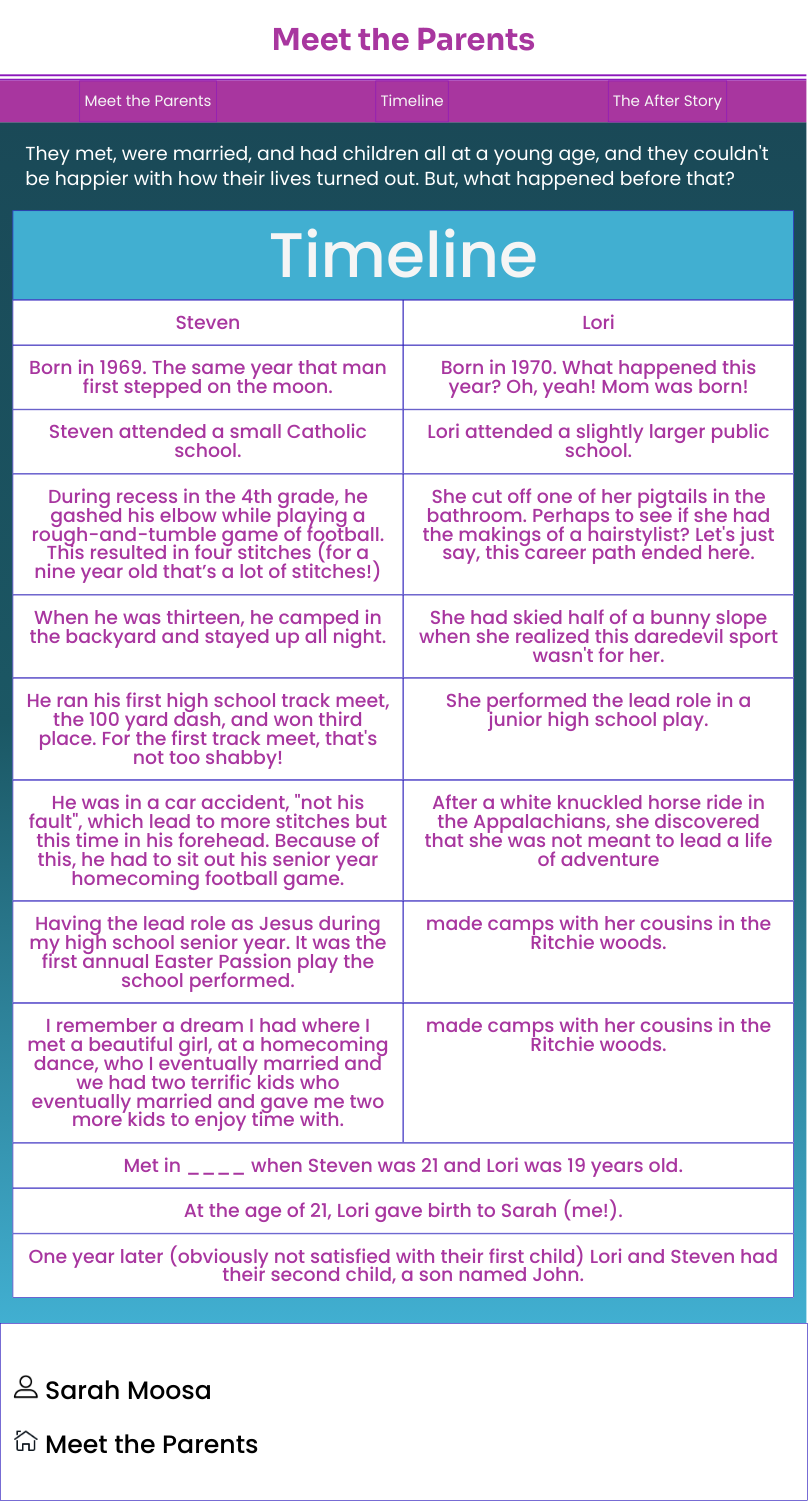
Repository: Sbethm/parents-tribute
Page: timeline.html
These files come from the project's save history. The page is drawn as it stood at one moment and after the next save; the edit follows.
The browser window is 1280 px wide. The page is 1282 px wide, so the pictures cover 1282 px, including what lies to the right of the window. The pictures show the whole page, at 63% of full size.

Above is the page before, as saved 2021-02-11 17:27:49.

### timeline.html
<!DOCTYPE html>
<html>
    <head>
      <meta charset="UTF-8">
      <title>Meet the Parents</title>
      <meta name="description" content="A choose your own story adventure game">
      <meta name="viewport" content="width=device-width, initial-scale=1.0">
      <link rel="preconnect" href="https://fonts.gstatic.com">
      <link href="https://fonts.googleapis.com/css2?family=Poppins:ital,wght@0,400;0,500;0,600;0,700;0,800;0,900;1,400;1,500;1,600;1,700;1,800;1,900&family=Sora:wght@400;500;600;700;800&display=swap" rel="stylesheet"> <!--
        This is used for headings:
        font-family: 'Sora', sans-serif;
        This is used for content:
        font-family: 'Poppins', sans-serif;-->
      <link href="style.css" type="text/css" rel="stylesheet">
    </head>

    <body>

      <header>
        <h1>Meet the Parents</h1>
        <nav class="navigation">
          <a href="index.html">Meet the Parents</a>
          <a href="timeline.html">Timeline</a>
          <a href="aftermarriage.html">The After Story</a>
          </nav>
      </header>
      <main>
        <section>
            <p>They met, were married, and had children all at a young age, and they couldn't be happier with how their lives turned out. But, what happened before that?</p>
        </section>
        <div class="grid">
            <div class="grid-box tl">Timeline</div>
            <div class="grid-box dad">Steven</div>
            <div class="grid-box mom">Lori</div>
            <!---------Dad's Grid Boxes---------->
            <div class="grid-box f-1">Born in 1969. The same year that man  first stepped on the moon.</div>
            <div class="grid-box f-2">Steven attended a small Catholic school.</div>
            <div class="grid-box f-3">During recess in the 4th grade, he gashed his elbow while playing a rough-and-tumble game of football. This resulted in four stitches (for a nine year old that’s a lot of stitches!)</div>
            <div class="grid-box f-4">When he was thirteen, he camped in the backyard and stayed up all night.</div>
            <div class="grid-box f-5">He ran his first high school track meet, the 100 yard dash, and won third place. For the first track meet, that's not too shabby!</div>
            <div class="grid-box f-6">He was in a car accident, "not his fault", which lead to more stitches but this time in his forehead. Because of this, he had to sit out his senior year homecoming football game.</div>
            <div class="grid-box f-7">Having the lead role as Jesus during my high school senior year. It was the first annual Easter Passion play the school performed.</div>
            <div class="grid-box f-8">I remember a dream I had where I met a beautiful girl, at a homecoming dance, who I eventually married and we had two terrific kids who eventually married and gave me two more kids to enjoy time with.</div>
            <!---------Mom's Grid Boxes---------->
            <div class="grid-box m-1">Born in 1970. What happened this year? Oh, yeah! Mom was born!</div>
            <div class="grid-box m-2">Lori attended a slightly larger public school.</div>
            <div class="grid-box m-3">She cut off one of her pigtails in the bathroom. Perhaps to see if she had the makings of a hairstylist? Let's just say, this career path ended here.</div>
            <div class="grid-box m-4">She had skied half of a bunny slope when she realized this daredevil sport wasn't for her.</div>
            <div class="grid-box m-5">She performed the lead role in a junior high school play.</div>
            <div class="grid-box m-6">After a white knuckled horse ride in the Appalachians, she discovered that she was not meant to lead a life of adventure</div>
            <div class="grid-box m-7">made camps with her cousins in the Ritchie woods.</div>
            <div class="grid-box m-8">made camps with her cousins in the Ritchie woods.</div>
            <!--------After They Met Boxes------->
            <div class="grid-box fm-1">Met in ____ when Steven was 21 and Lori was 19 years old.</div>
            <div class="grid-box fm-2">At the age of 21, Lori gave birth to Sarah (me!).</div>
            <div class="grid-box fm-3">One year later (obviously not satisfied with their first child) Lori and Steven had their second child, a son named John.</div>
        </div>
      </main>
      <footer>
        <img class="icon" src="img/profile_icon.png" alt="profile icon">
        Sarah Moosa
        <br><br>
        <img class="icon" src="img/home_icon.png" alt="home icon">
        Meet the Parents
      </footer>
    </body>

</html>

### style.css
/*
html5doctor.com Reset Stylesheet
v1.6.1
Last Updated: 2010-09-17
Author: Richard Clark - http://richclarkdesign.com
Twitter: @rich_clark
*/

html, body, div, span, object, iframe,
h1, h2, h3, h4, h5, h6, p, blockquote, pre,
abbr, address, cite, code,
del, dfn, em, img, ins, kbd, q, samp,
small, strong, sub, sup, var,
b, i,
dl, dt, dd, ol, ul, li,
fieldset, form, label, legend,
table, caption, tbody, tfoot, thead, tr, th, td,
article, aside, canvas, details, figcaption, figure,
footer, header, hgroup, menu, nav, section, summary,
time, mark, audio, video {
    margin:0;
    padding:0;
    border:0;
    outline:0;
    font-size:100%;
    vertical-align:baseline;
    background:transparent;
}

body {
    line-height:1;
}

article,aside,details,figcaption,figure,
footer,header,hgroup,menu,nav,section {
    display:block;
}

nav ul {
    list-style:none;
}

blockquote, q {
    quotes:none;
}

blockquote:before, blockquote:after,
q:before, q:after {
    content:'';
    content:none;
}

a {
    margin:0;
    padding:0;
    font-size:100%;
    vertical-align:baseline;
    background:transparent;
}

/* change colours to suit your needs */
ins {
    background-color:#ff9;
    color:#000;
    text-decoration:none;
}

/* change colours to suit your needs */
mark {
    background-color:#ff9;
    color:#000;
    font-style:italic;
    font-weight:bold;
}

del {
    text-decoration: line-through;
}

abbr[title], dfn[title] {
    border-bottom:1px dotted;
    cursor:help;
}

table {
    border-collapse:collapse;
    border-spacing:0;
}

/* change border colour to suit your needs */
hr {
    display:block;
    height:1px;
    border:0;
    border-top:1px solid #cccccc;
    margin:1em 0;
    padding:0;
}

input, select {
    vertical-align:middle;
}

/* MY CODE BELOW */

body {
    width: 100vw;
}

main {
    width: calc(100vw - 40px);
    height: 100%;
    padding: 20px 20px;
    background-color: rgb(255, 255, 255);
}

header {
    width: 100vw;
    padding-top: 40px;
    color: rgb(168, 54, 159);
    background-color: rgb(255, 255, 255);
    display: flex;
    flex-direction: column;
    justify-content: center;
}

h1 {
    width: 100%;
    font-family: 'Sora', sans-serif;
    font-size: 3em;
    font-weight: 700;
    text-align: center;
    border-bottom: double 10px rgb(140, 23, 187);
    padding-bottom: 30px;
}

.navigation {
    width: 100%;
    background-color: rgb(168, 54, 159);
    text-align: center;
    display: flex;
    flex-direction: row;
    justify-content: space-around;
}

a {
    padding: 20px 7px;
    background-color: rgb(168, 54, 159);
    font-family: 'Poppins', sans-serif;
    font-size: 1em;
    color: whitesmoke;
    text-decoration: none;
    border: solid 1px rgb(140, 23, 187);
}

a:hover {
    background-color: wheat;
}

section {
    width: 100%;
    background-color: rgb(65, 175, 209);
    border: solid 1px rgb(40, 23, 187);
}

h2 {
    max-width: 100%;
    padding: 10px 20px;
    font-family: 'Sora', sans-serif;
    font-size: 1.5em;
    font-weight: 600;
    color: rgb(168, 54, 159);
}

.disney-adventure__img,
.img-sitting {
    max-width: 100%;
    height: auto;
    justify-content: center;
    align-content: center;
    border-top: solid 3px whitesmoke;
    border-bottom: solid 3px whitesmoke;
}

p {
    padding: 10px 20px;
    font-family: 'Poppins', sans-serif;
    font-size: 1em;
    line-height: 20px;
    color: rgb(255, 255, 255);
}

.grid {
    display: grid;
    margin: 20px 0;
    grid-template-columns: 1fr 1fr;
    grid-template-rows: repeat(13, fit-content);
    grid-template-areas:
        "tl tl"
        "dad mom"
        "f-1 m-1"
        "f-2 m-2"
        "f-3 m-3"
        "f-4 m-4"
        "f-5 m-5"
        "f-6 m-6"
        "f-7 m-7"
        "f-8 m-8"
        "fm-1 fm-1"
        "fm-2 fm-2"
        "fm-3 fm-3";
}

.grid-box {
    border: solid 1px rgb(40, 23, 187);
    background-color: rgb(255, 255, 255);
    padding: 5px;
    color: rgb(168, 54, 159);
    text-align: center;
    font-family: 'Poppins', sans-serif;
    font-weight: 500;
    font-size: 1em;
}

.tl {
    grid-area: tl;
    font-size: 1.5em;
    font-weight: 500;
    color: whitesmoke;
    background-color: rgb(65, 175, 209);
}
.dad {
    grid-area: dad;
}

.mom {
    grid-area: mom;
}

.f-1 {
    grid-area: f-1;
}

.f-2 {
    grid-area: f-2;

}

.f-3 {
    grid-area: f-3;

}

.f-4 {
    grid-area: f-4;

}

.f-5 {
    grid-area: f-5;

}

.f-6 {
    grid-area: f-6;

}

.f-7 {
    grid-area: f-7;

}

.f-8 {
    grid-area: f-8;

}

.m-1 {
    grid-area: m-1;
}

.m-2 {
    grid-area: m-2;
}

.m-3 {
    grid-area: m-3;
}

.m-4 {
    grid-area: m-4;
}

.m-5 {
    grid-area: m-5;
}

.m-6 {
    grid-area: m-6;
}

.m-7 {
    grid-area: m-7;
}

.m-8 {
    grid-area: m-8;
}

.fm-1 {
    grid-area: fm-1;
}

.fm-2 {
    grid-area: fm-2;
}

.fm-3 {
    grid-area: fm-3;
}

footer {
    width: calc(100vw - 40px);
    height: 100px;
    padding: 40px 20px 0 20px;
    position: relative;
    bottom: 0;
    font-family: 'Poppins', sans-serif;
    font-size: 1em;
    font-weight: 500;
    border: solid 1px rgb(40, 23, 187);
}

.icon {
    width: 20px;
    height: auto;
}


@media screen and (min-width: 700px) and (max-width: 1500px) {

    main {
        background-image: linear-gradient(180deg, rgb(26, 73, 87), rgb(27, 87, 100), rgb(65, 175, 209));
    }

    a {
        font-size: 1.5em;
    }
    p {
        padding: 0;
        font-family: 'Poppins', sans-serif;
        font-size: 0.25em;
        line-height: 20px;
        color: rgb(255, 255, 255);
    }

    section {
        width: 100%;
        background-color: rgb(40, 23, 187, 0);
        border: none;
    }

    .section__intro {
        display: grid;
        grid-template-columns: 50% 50%;
        grid-template-rows: 100px 400px;
        grid-template-areas:
            "title p1"
            "picture p2";
    }

    section h2 {
        grid-area: title;
        align-self: center;
        justify-self: center;
    }

    h2 {
        font-size: 2.5em;
        color: rgb(243, 101, 231);
    }

    .img-sitting {
        max-height: 360px;
        margin-bottom: 20px;
        border: double 3px whitesmoke;
        grid-area: picture;
        justify-self: center;
        align-self: center;
    }

    .p1 {
        align-self: flex-start;
        grid-area: p2;
        font-size: 1.5em;
        padding-left: 40px;
    }

    .p2 {
        align-self: flex-end;
        grid-area: p2;
        font-size: 1.5em;
        padding-left: 40px;
        padding-bottom: 30px;
    }

    p {
        padding: 10px 20px;
        font-family: 'Poppins', sans-serif;
        font-size: 30px;
        line-height: 40px;
        color: rgb(255, 255, 255);
    }

    .grid {
        display: grid;
        margin: 20px 0;
        grid-template-columns: 1fr 1fr;
        grid-template-rows: repeat(13, fit-content);
        grid-template-areas:
            "tl tl"
            "dad mom"
            "f-1 m-1"
            "f-2 m-2"
            "f-3 m-3"
            "f-4 m-4"
            "f-5 m-5"
            "f-6 m-6"
            "f-7 m-7"
            "f-8 m-8"
            "fm-1 fm-1"
            "fm-2 fm-2"
            "fm-3 fm-3";
    }

    .grid-box {
        border: solid 1px rgb(40, 23, 187);
        background-color: rgb(255, 255, 255);
        padding: 20px;
        color: rgb(168, 54, 159);
        text-align: center;
        font-family: 'Poppins', sans-serif;
        font-weight: 500;
        font-size: 30px;
    }

    .tl {
        grid-area: tl;
        font-size: 100px;
        font-weight: 500;
        color: whitesmoke;
        background-color: rgb(65, 175, 209);
    }
    .dad {
        grid-area: dad;
    }

    .mom {
        grid-area: mom;
    }

    .f-1 {
        grid-area: f-1;
    }

    .f-2 {
        grid-area: f-2;

    }

    .f-3 {
        grid-area: f-3;

    }

    .f-4 {
        grid-area: f-4;

    }

    .f-5 {
        grid-area: f-5;

    }

    .f-6 {
        grid-area: f-6;

    }

    .f-7 {
        grid-area: f-7;

    }

    .f-8 {
        grid-area: f-8;

    }

    .m-1 {
        grid-area: m-1;
    }

    .m-2 {
        grid-area: m-2;
    }

    .m-3 {
        grid-area: m-3;
    }

    .m-4 {
        grid-area: m-4;
    }

    .m-5 {
        grid-area: m-5;
    }

    .m-6 {
        grid-area: m-6;
    }

    .m-7 {
        grid-area: m-7;
    }

    .m-8 {
        grid-area: m-8;
    }

    .fm-1 {
        grid-area: fm-1;
    }

    .fm-2 {
        grid-area: fm-2;
    }

    .fm-3 {
        grid-area: fm-3;
    }

    footer {
        width: calc(100vw - 40px);
        height: 200px;
        padding: 80px 20px 0 20px;
        font-family: 'Poppins', sans-serif;
        font-size: 40px;
        font-weight: 500;
        border: solid 1px rgb(40, 23, 187);
    }

    .icon {
        width: 40px;
        height: auto;
    }
}

/*@media only screen and (min-width: 900px) {
}*/

After the next save:
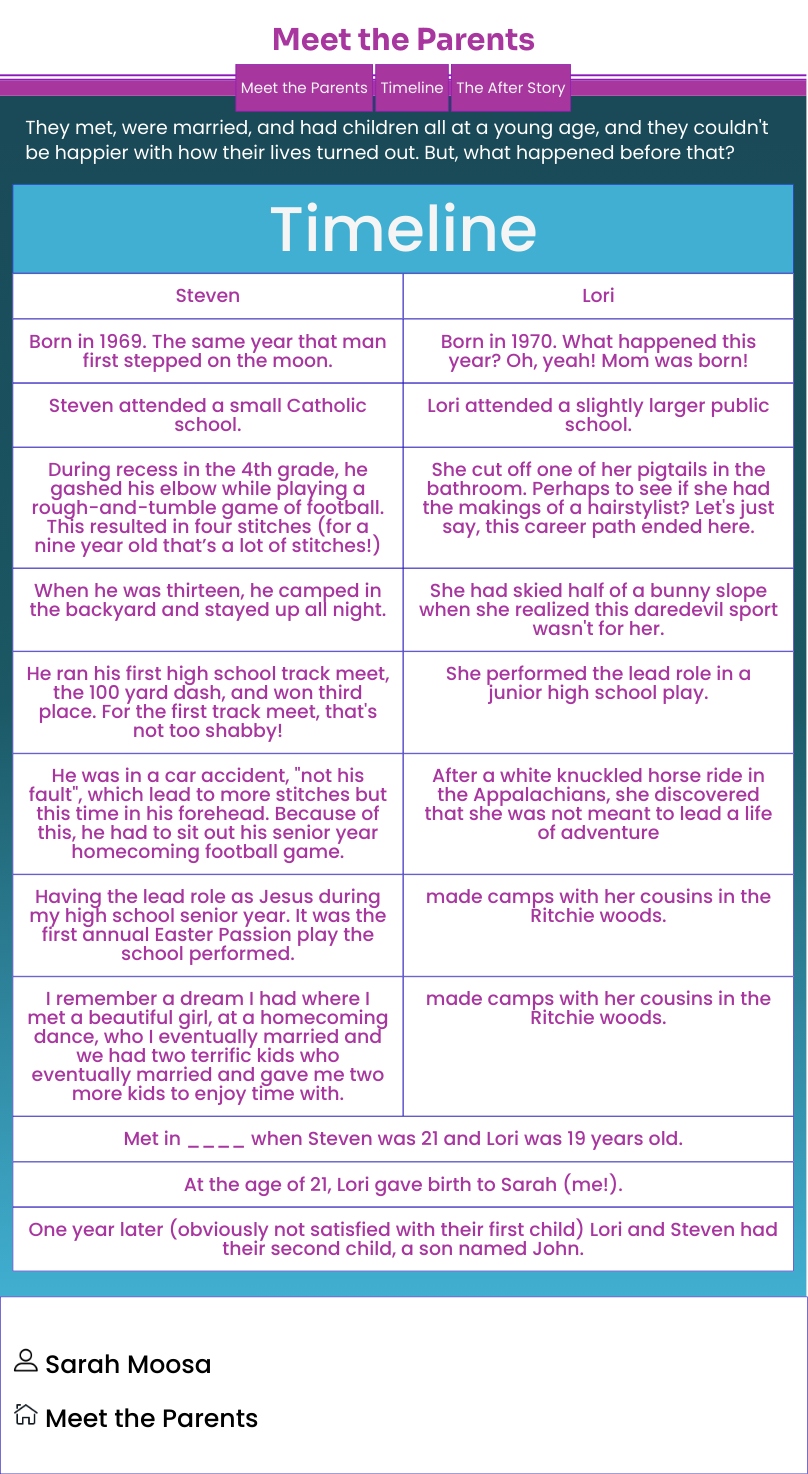
Saved 5 s later.
--- a/style.css
+++ b/style.css
@@ -138,6 +138,7 @@ h1 {
     width: 100%;
     background-color: rgb(168, 54, 159);
     text-align: center;
+    border: solid 1px rgb(140, 23, 187)
     display: flex;
     flex-direction: row;
     justify-content: space-around;
